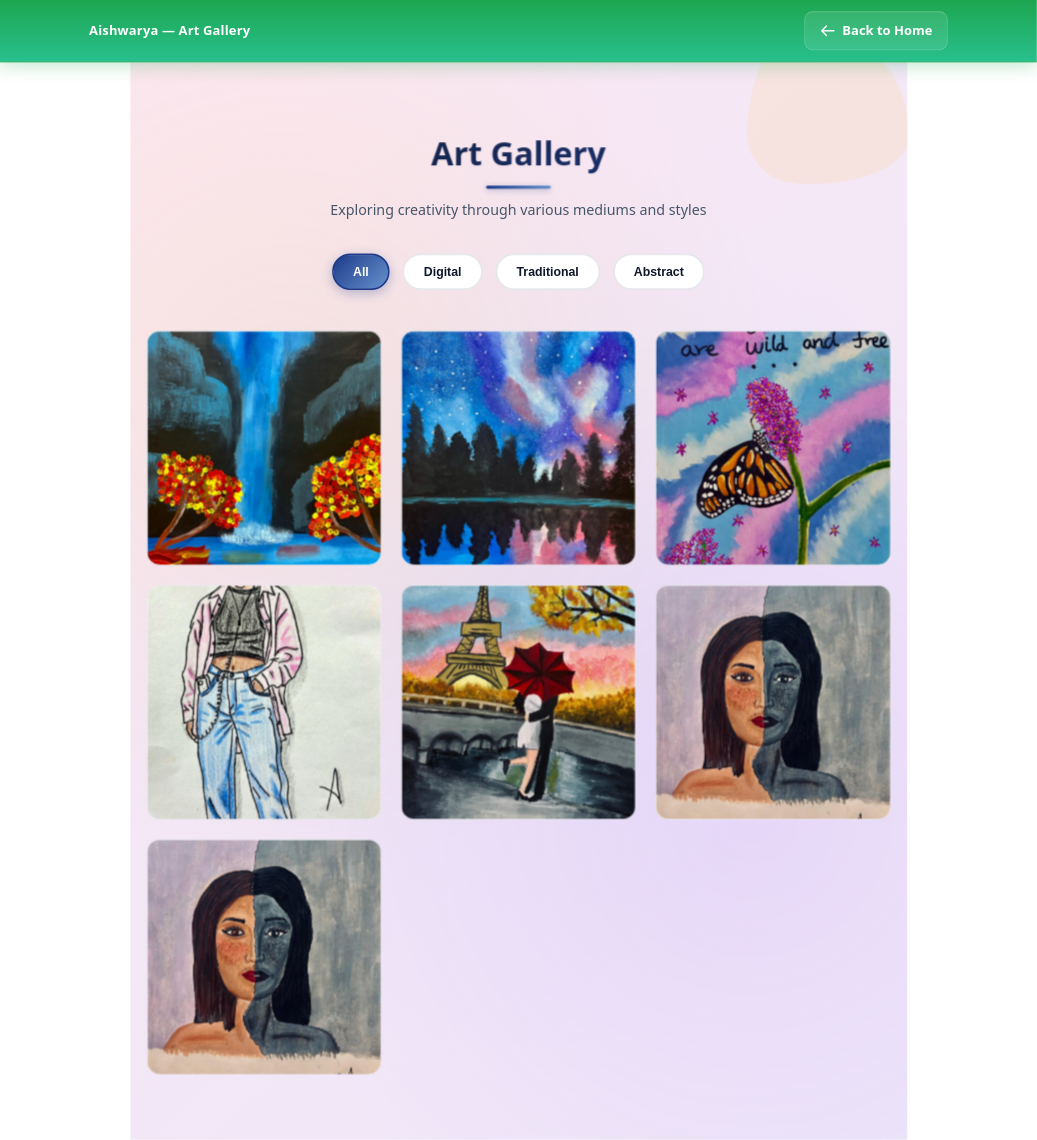
Repository: aishwarya-41/personal_portfolio
Page: /art
The author's editor kept a copy of each file at every save. The page is drawn from the files as they stood at one save, then again after the next save.
The browser window is 1280 px wide. The pictures show the whole page, at 81% of full size.
The project was rebuilt for these pictures with package versions that can differ from the ones it lists, and the page was loaded fresh each time. Also part of the build but not shown: vite.config.js, src/components/Header.jsx, src/components/Hero.jsx, src/components/About.jsx, src/components/Education.jsx, src/components/Projects.jsx, src/components/Skills.jsx, src/components/Certifications.jsx and 6 more.

Above is the page before, as saved 2025-11-01 12:04:03.

After the next save:
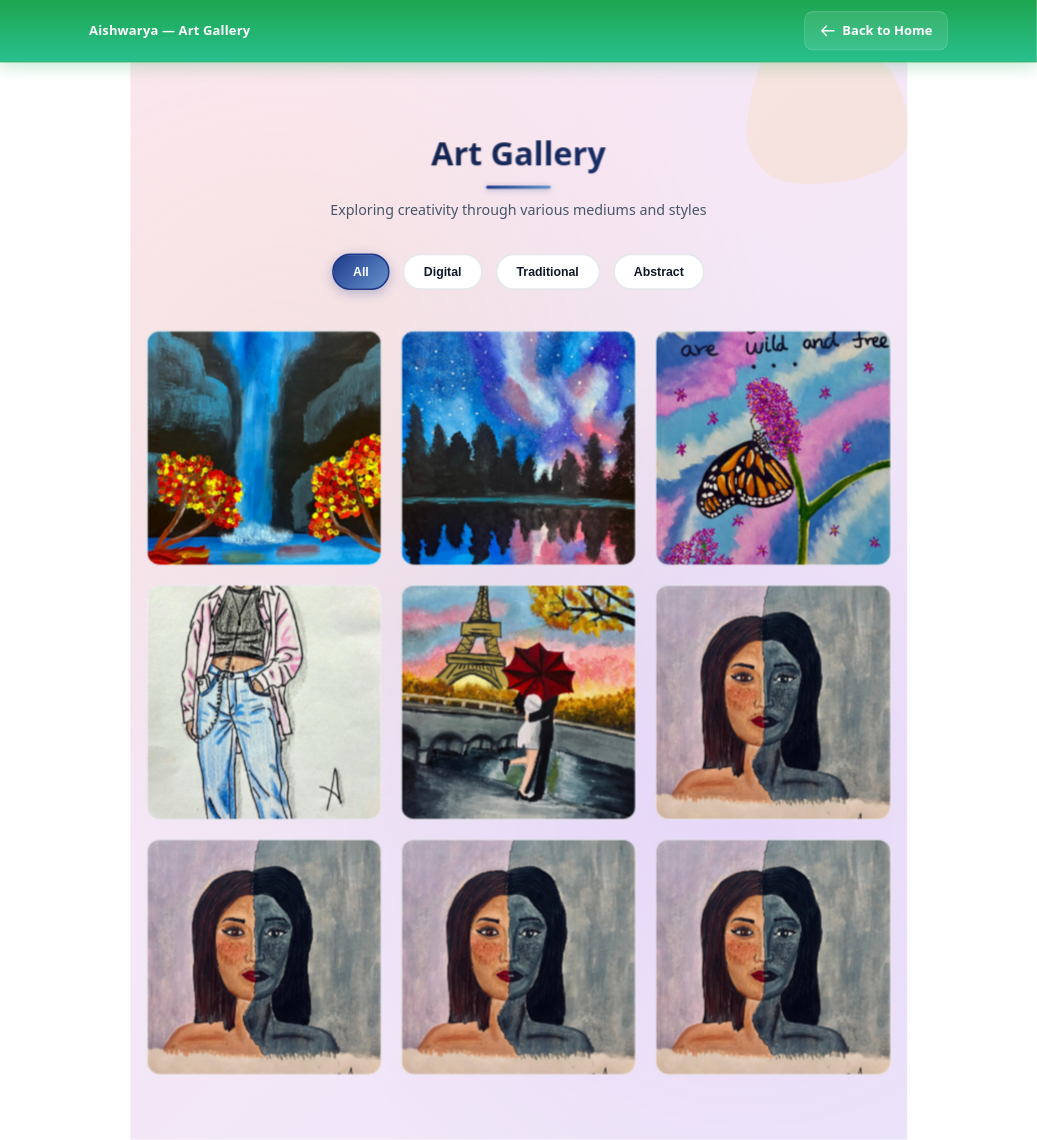
Saved 5 s later.
--- a/src/components/ArtGallery.jsx
+++ b/src/components/ArtGallery.jsx
@@ -42,6 +42,22 @@ const artPieces = [
     year: '2024'
   },
   {
+    id: 6,
+    title: 'Watercolor Dreams',
+    category: 'traditional',
+    image: '/art/art6.png',
+    description: 'Delicate watercolor painting with soft tones.',
+    year: '2023'
+  },
+   {
+    id: 6,
+    title: 'Watercolor Dreams',
+    category: 'traditional',
+    image: '/art/art6.png',
+    description: 'Delicate watercolor painting with soft tones.',
+    year: '2023'
+  },
+   {
     id: 6,
     title: 'Watercolor Dreams',
     category: 'traditional',
